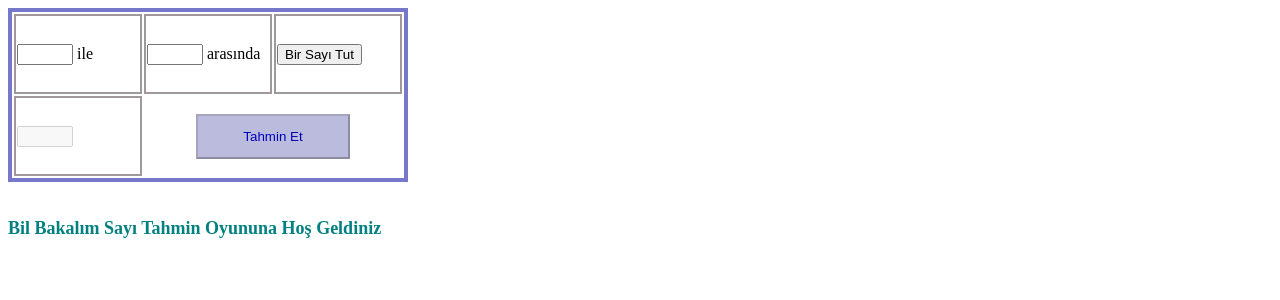
Repository: emrebolukbas/.js-Training-Tobeto
Page: 4-oyunBirSayiTut/public/oyunBirSayiTut.html
An editor plug-in stored every save of this project. The page is shown before and after the next save, followed by the edit.
The browser window is 1280 px wide. The pictures show the whole page.

Above is the page before, as saved 2023-10-08 21:17:59.

After the next save:
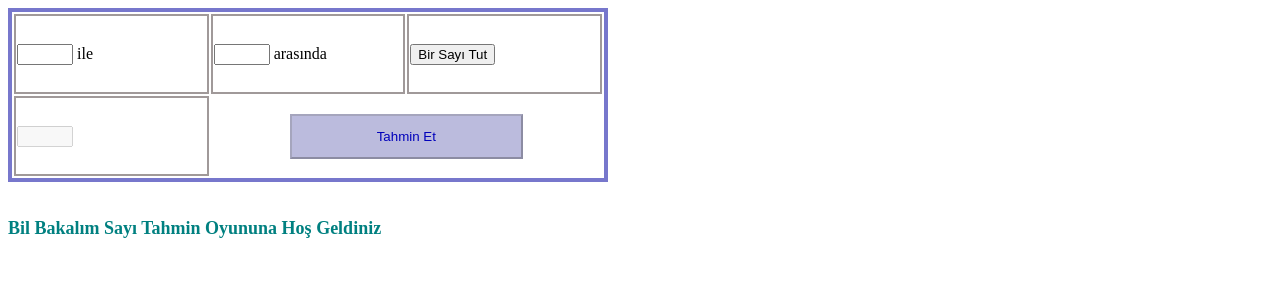
Saved 13 s later.
--- a/4-oyunBirSayiTut/public/oyunBirSayiTut.css
+++ b/4-oyunBirSayiTut/public/oyunBirSayiTut.css
@@ -1,7 +1,7 @@
 @charset "UTF-8";
 
 table.table-1 {
-	width: 400px;
+	width: 600px;
 	table-layout: fixed;
 	border: solid #77c 4px;
 }
